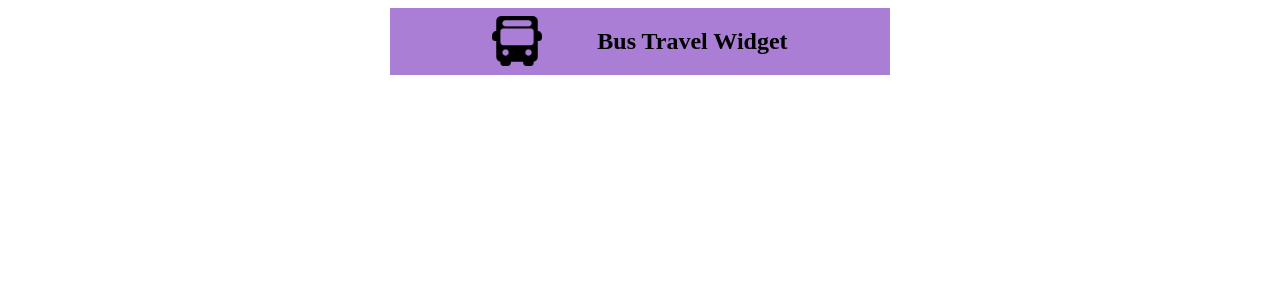
Repository: lasity34/bus_travel
Page: index.html
The author's editor kept a copy of each file at every save. The page is drawn from the files as they stood at one save, then again after the next save.
The browser window is 1280 px wide. The pictures show the whole page.

Above is the page before, as saved 2023-05-31 09:42:05.

### index.html
<!DOCTYPE html>
<html lang="en">
<head>
    <meta charset="UTF-8">
    <meta http-equiv="X-UA-Compatible" content="IE=edge">
    <meta name="viewport" content="width=device-width, initial-scale=1.0">
    <link href="./style.css" rel="stylesheet" />
    <title>Bus travel</title>
</head>
<body>
    <div class="widget_container">


    <header>
        <img src="./images/bus.png" width="50"/>
        <h2>Bus Travel Widget</h2>
    </header>
    <script src="./bus_travel_factory.js"></script>
    <script src="./bus_travel.js"></script>
</div>
</body>
</html>

### style.css


.widget_container {
   margin: 0 auto;
   display: flex;
   justify-content: center;
    background-color: rgb(171, 126, 213);
    width: 70%;
    max-width: 500px;
}

header {
    display: flex;
    align-items: center;
    justify-content: space-around;
    width: 70%;
}

Loaded but not shown: bus_travel.js (no copy from this time; the picture is the same without it); bus_travel_factory.js (no copy from this time; the picture is the same without it)

After the next save:
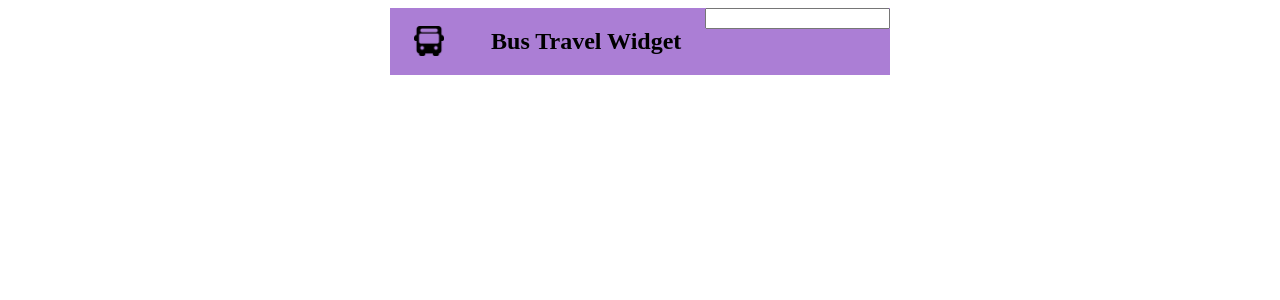
Saved 107 s later.
--- a/index.html
+++ b/index.html
@@ -12,9 +12,13 @@
 
 
     <header>
-        <img src="./images/bus.png" width="50"/>
+        <img src="./images/bus.png" width="30" height="30"/>
         <h2>Bus Travel Widget</h2>
     </header>
+    <div>
+        <label for="points"></label>
+        <input type="number" name="points" id="points">
+    </div>
     <script src="./bus_travel_factory.js"></script>
     <script src="./bus_travel.js"></script>
 </div>
